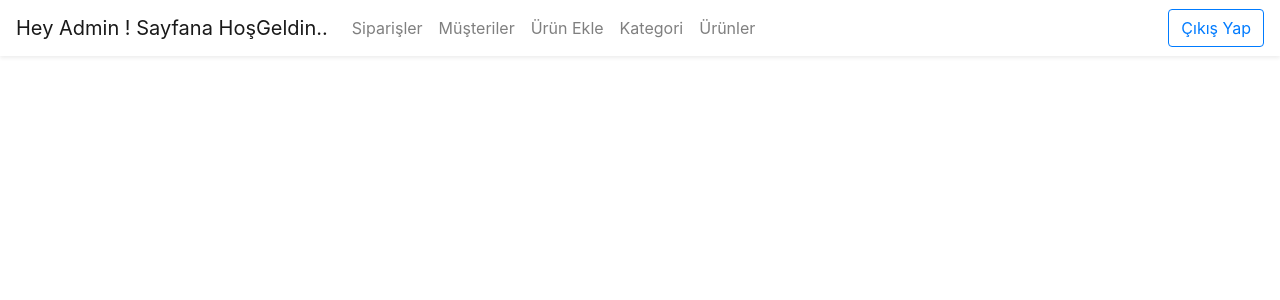
Repository: NergisAktug/E-Commerce-PythonWithFlask-Sqlite3
Page: http://localhost/admin
The author's editor kept a copy of each file at every save. The page is drawn from the files as they stood at one save, then again after the next save.
The browser window is 1280 px wide. The pictures show the whole page.
Some web libraries are served in a nearby version. The page is served by the project's application, run on Flask 3 (app.py).

Above is the page before, as saved 2018-12-08 17:37:35.

### templates/admin.html
<!doctype html>
<html lang="en">
  <head>
      <!-- Required meta tags -->
    <meta charset="utf-8">
    <meta name="viewport" content="width=device-width, initial-scale=1, shrink-to-fit=no">
    <link rel="stylesheet" href="https://use.fontawesome.com/releases/v5.5.0/css/all.css" integrity="sha384-B4dIYHKNBt8Bc12p+WXckhzcICo0wtJAoU8YZTY5qE0Id1GSseTk6S+L3BlXeVIU" crossorigin="anonymous">
    <!-- Bootstrap CSS -->
    <link rel="stylesheet" href="https://stackpath.bootstrapcdn.com/bootstrap/4.1.3/css/bootstrap.min.css" integrity="sha384-MCw98/SFnGE8fJT3GXwEOngsV7Zt27NXFoaoApmYm81iuXoPkFOJwJ8ERdknLPMO" crossorigin="anonymous">

    <title>Hello, world!</title>
  </head>
  <body>
    <nav class="navbar navbar-expand-lg navbar-light shadow-sm" >
        <a href="/" class="navbar-brand">Hey Admin ! Sayfana HoşGeldin..</a>
        <button class="navbar-toggler" type="button" data-toggle="collapse" data-target="#navbarMenü">
            <span class="navbar-toggler-icon"></span>
        </button>
        <div class="collapse navbar-collapse" id="navbarMenü">
            <ul class="navbar-nav mr-auto">
                <li class="nav-item">
                    <a href="#" class="nav-link" >Siparişler</a>
                 </li>
                 <li class="nav-item">
                        <a href="#" class="nav-link">Müşteriler</a>
                     </li>
                     <li class="nav-item">
                        <a href="/urunEkle" class="nav-link">Ürün Ekle</a>
                     </li>
                     <li class="nav-item">
                            <a href="#" class="nav-link">Kategori</a>
                         </li>
                     <li class="nav-item">
                        <a href="#" class="nav-link">Ürünler</a>
                     </li>
                </ul>
                <ul class="navbar-nav">
                    <li class="nav-item">
                    <a href="/cikis" class="btn btn-outline-primary">Çıkış Yap</a>
                    </li>
                </ul>

        </div>

    </nav>
    <div class="container my-5">

  </div>



    <!-- Optional JavaScript -->
    <!-- jQuery first, then Popper.js, then Bootstrap JS -->
    <script src="https://unpkg.com/aos@2.3.1/dist/aos.js"></script>
    <script src="https://code.jquery.com/jquery-3.3.1.slim.min.js" integrity="sha384-q8i/X+965DzO0rT7abK41JStQIAqVgRVzpbzo5smXKp4YfRvH+8abtTE1Pi6jizo" crossorigin="anonymous"></script>
    <script src="https://cdnjs.cloudflare.com/ajax/libs/popper.js/1.14.3/umd/popper.min.js" integrity="sha384-ZMP7rVo3mIykV+2+9J3UJ46jBk0WLaUAdn689aCwoqbBJiSnjAK/l8WvCWPIPm49" crossorigin="anonymous"></script>
    <script src="https://stackpath.bootstrapcdn.com/bootstrap/4.1.3/js/bootstrap.min.js" integrity="sha384-ChfqqxuZUCnJSK3+MXmPNIyE6ZbWh2IMqE241rYiqJxyMiZ6OW/JmZQ5stwEULTy" crossorigin="anonymous"></script>
    <script>
        AOS.init();
      </script>
  </body>
</html>

### app.py
import datetime
from flask import Flask,flash, request, render_template_string, render_template
from flask import Flask, url_for, render_template, request, redirect, session, escape, render_template_string
from flask_babelex import Babel
from flask_sqlalchemy import SQLAlchemy
from flask_user import current_user, login_required, roles_required
from sqlalchemy.sql import table, column, select
from sqlalchemy import MetaData, create_engine
from flask_user import login_required, roles_required, UserManager, UserMixin


class ConfigClass(object):

    SECRET_KEY = 'This is an INSECURE secret!! DO NOT use this in production!!'

    SQLALCHEMY_DATABASE_URI = 'sqlite:///eticaret.sqlite'
    SQLALCHEMY_TRACK_MODIFICATIONS = False

    MAIL_SERVER = 'smtp.gmail.com'
    MAIL_PORT = 465
    MAIL_USE_SSL = True
    MAIL_USE_TLS = False
    MAIL_USERNAME = 'nergis.aktug2014@gmail.com'
    MAIL_PASSWORD = '05383896877'
    MAIL_DEFAULT_SENDER = '"MyApp" <xyz@gmail.com>'

    USER_ENABLE_EMAIL = True
    USER_ENABLE_USERNAME = False
    USER_EMAIL_SENDER_EMAIL = "noreply@example.com"


def create_app():



    app = Flask(__name__)
    app.config.from_object(__name__ + '.ConfigClass')

    db = SQLAlchemy(app)

    class Kullanici(db.Model):
        __tablename__ = 'Kullanici'
        id = db.Column(db.Integer, primary_key=True)
        email = db.Column(db.String(80), unique=True)
        sifre = db.Column(db.String(80))
        rolId = db.Column(db.Integer, db.ForeignKey('rol.rolId', ondelete='CASCADE'))
        active = db.Column('is_active', db.Boolean(), nullable=False, server_default='1')


        def __init__(self, email, sifre):
            self.email = email
            self.sifre = sifre
            self.rolId = 0

    class Roller(db.Model):
        __tablename__ = 'rol'
        rolId = db.Column(db.Integer, primary_key=True)
        rolisim = db.Column(db.String(80))

    class urunler(db.Model):
        __tablename__ = 'urunler'
        urun_id = db.Column(db.Integer, primary_key=True)
        urunismi = db.Column(db.String(80))
        urunresmi = db.Column(db.String(80))
        urunFiyati = db.Column(db.Integer)
        markaId = db.Column(db.Integer(), db.ForeignKey('markalar.markaId', ondelete='CASCADE'))

        def __init__(self, urunismi, urunresmi, urunFiyati,markaId):
            self.urunismi =urunismi
            self.urunresmi = urunresmi
            self.urunFiyati = urunFiyati
            self.markaId=markaId



    class markalar(db.Model):
        __tablename__ = 'markalar'
        markaId = db.Column(db.Integer, primary_key=True)
        markaadi = db.Column(db.String(80))
        marka_modeli = db.Column(db.String(80))

        def __init__(self, markaadi, marka_modeli):
            self.markaadi = markaadi
            self.marka_modeli = marka_modeli

    class musteri(db.Model):
        __tablename__ = 'musteri'
        musteriId = db.Column(db.Integer, primary_key=True)
        musteriadi = db.Column(db.String(80))
        musterisoyadi = db.Column(db.String(80))
        mail = db.Column(db.String(80), unique=True)
        telefon = db.Column(db.Integer)
        sifre = db.Column(db.String(80))
        il = db.Column(db.String(80))
        ilce = db.Column(db.String(80))
        kullaniciId = db.Column(db.Integer(), db.ForeignKey('Kullanici.id', ondelete='CASCADE'))

        def __init__(self, musteriadi, musterisoyadi, mail, telefon, sifre, il, ilce, kullaniciId):
            self.musteriadi = musteriadi
            self.musterisoyadi = musterisoyadi
            self.mail = mail
            self.telefon = telefon
            self.sifre = sifre
            self.il = il
            self.ilce = ilce
            self.kullaniciId = kullaniciId

    class siparis(db.Model):
        __tablename__ = 'siparis'
        siparisId = db.Column(db.Integer, primary_key=True)
        musteriId = db.Column(db.Integer(), db.ForeignKey('musteri.musteriId', ondelete='CASCADE'))
        urunId = db.Column(db.Integer(), db.ForeignKey('urunler.urun_id', ondelete='CASCADE'))
        siparisno = db.Column(db.Integer)
        siparisTarihi = db.Column(db.Integer)
        odemeId = db.Column(db.Integer())

        def __init__(self, musteriId, urunId, siparisno, siparisTarihi, odemeId):
            self.musteriId = musteriId
            self.urunId = urunId
            self.siparisno = siparisno
            self.siparisTarihi = siparisTarihi
            self.odemeId = odemeId

    user_manager = UserManager(app, db, Kullanici)
    db.create_all()




    @app.route('/')
    def anasayfa():
        return render_template('index.html')

    @app.route('/kayit', methods=['GET', 'POST'])
    def kayit():
        if request.method == 'POST':
            mail = request.form['email']
            parola = request.form['sifre']
            yeniKullanici = Kullanici(email=mail, sifre=parola)
            db.session.add(yeniKullanici)
            db.session.commit()
            if yeniKullanici is not None:
                mesaj = "Kayıt Başarıyla Sağlanmıştır."
                return render_template("index.html", mesaj=mesaj)
        else:
            return render_template('kayit.html')
    @app.route('/admin')
    def admin():
        return render_template("admin.html")

    @app.route('/uye', methods=['GET', 'POST'])
    def uye():
        return render_template("uyeGirisi.html")

    @app.route('/giris', methods=['GET', 'POST'])
    def giris():
        hata=None
        if request.method=='POST':
            if request.form['email']!='admin@example.com' or request.form['sifre']!='admin':
                if Kullanici.query.filter_by(email=request.form['email'],sifre=request.form['sifre']) is not None:
                    session['uye_giris']=True
                    return redirect(url_for('anasayfa'))
                else:
                    hata='hatalı giris yaptınız'

            else:
                flash('giriş başarılı')
                session['admin_giris']=True
                return redirect(url_for('admin'))
        return render_template('uyeGiris.html',hata=hata)
    @app.route('/cikis')
    def cikis():

        session.pop('admin_giris',None)
        session.pop('uye_giris',None)
        return render_template("index.html")
    @app.route('/urunEkle')
    def urunEkle():
        tumVeri=urunler.query.all()
        return render_template("urunEkle.html",tumVeri=tumVeri)
    @app.route('/urunEklemeYap',methods=['POST'])
    def urunEklemeYap():
        urunismi=request.form['urunismi']
        urunResmi=request.form['urunresmi']
        urunFiyati=request.form['fiyati']
        markaId=request.form['markaId']
        yeniUrun=urunler(urunismi=urunismi,urunresmi=urunResmi,urunFiyati=urunFiyati,markaId=markaId)
        db.session.add(yeniUrun)
        db.session.commit()
        return redirect(url_for("urunEkle"))

    return app
if __name__ == '__main__':
    app=create_app()


    app.run(host='127.0.0.1', port=5000, debug=True)

After the next save:
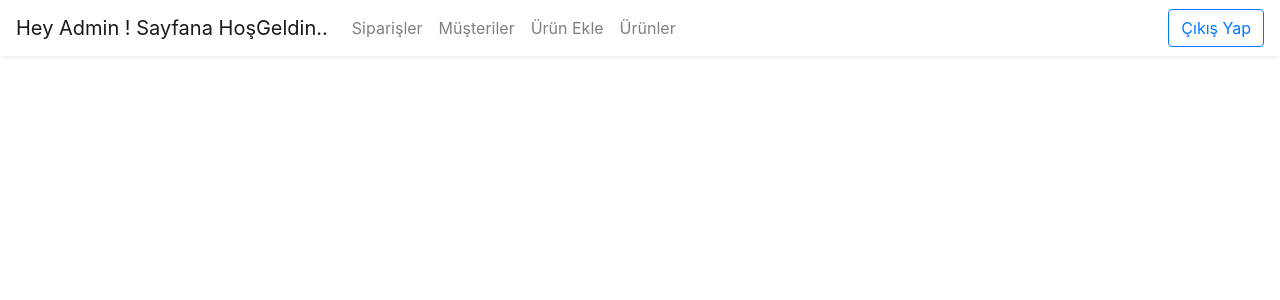
Saved 43 s later.
--- a/templates/admin.html
+++ b/templates/admin.html
@@ -27,9 +27,7 @@
                      <li class="nav-item">
                         <a href="/urunEkle" class="nav-link">Ürün Ekle</a>
                      </li>
-                     <li class="nav-item">
-                            <a href="#" class="nav-link">Kategori</a>
-                         </li>
+
                      <li class="nav-item">
                         <a href="#" class="nav-link">Ürünler</a>
                      </li>
